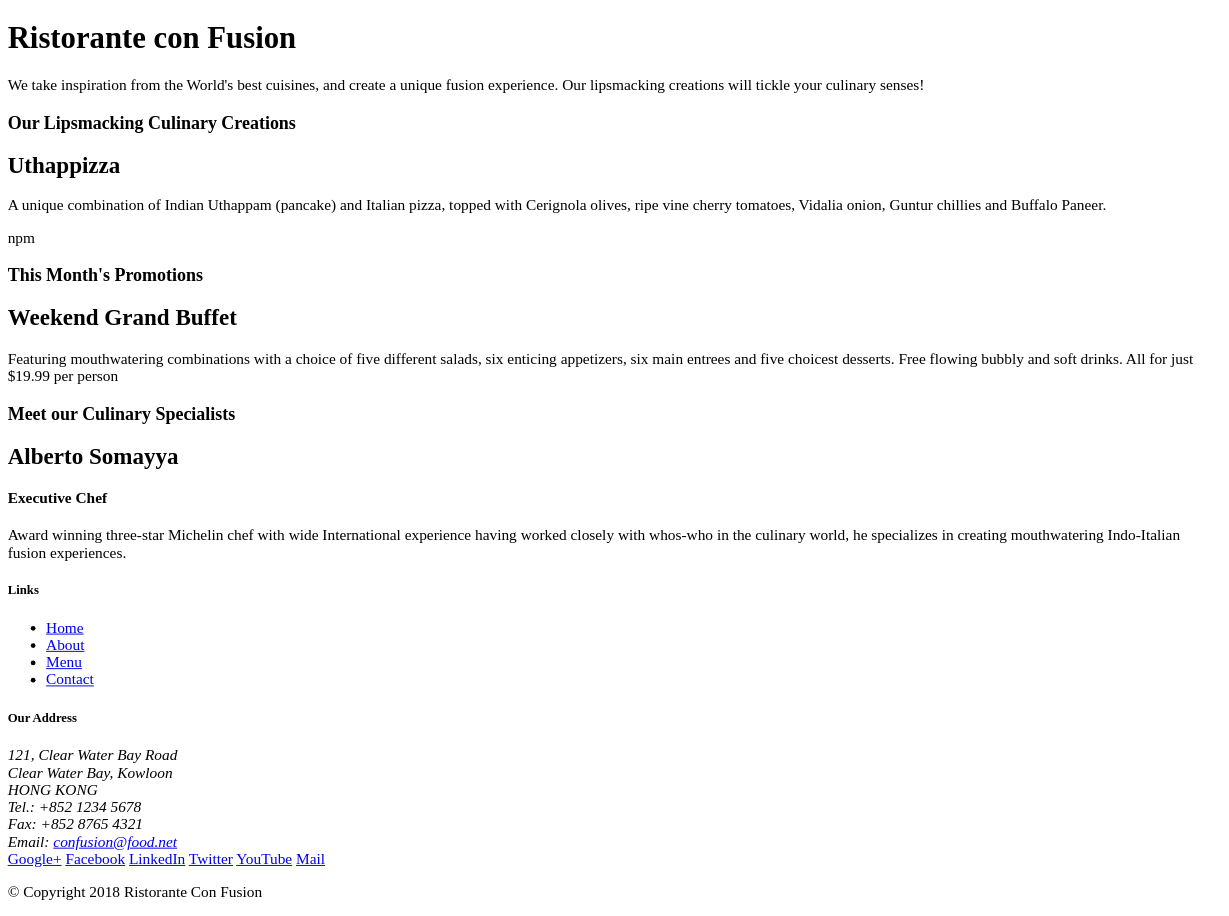
Repository: GiaBaooLe/Reactjs
Page: index.html
The author's editor kept a copy of each file at every save. The page is drawn from the files as they stood at one save, then again after the next save.
The browser window is 1280 px wide. The pictures show the whole page, at 96% of full size.
Some web libraries are served in a nearby version.

Above is the page before, as saved 2023-09-12 13:06:39.

After the next save:
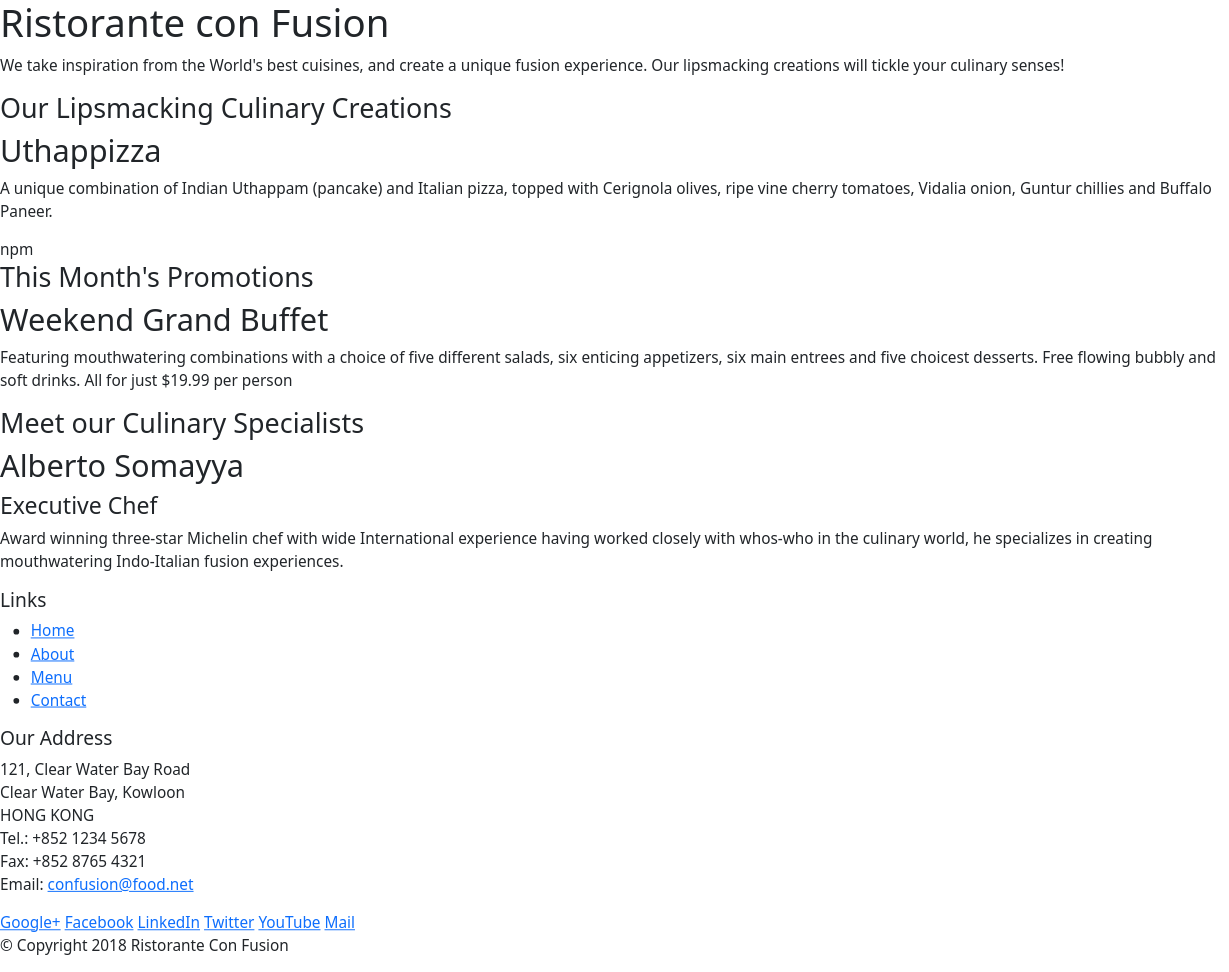
Saved 9 s later.
--- a/index.html
+++ b/index.html
@@ -1,7 +1,21 @@
 <!DOCTYPE html>
 <html lang="en">
   <head>
-
+    <!-- Required meta tags always come first -->
+    <meta charset="utf-8" />
+    <meta
+      name="viewport"
+      content="width=device-width, initial-scale=1, shrink-to-fit=no"
+    />
+    <meta http-equiv="x-ua-compatible" content="ie=edge" />
+    <!-- Bootstrap CSS -->
+    <link
+      rel="stylesheet"
+      href="node_modules/bootstrap/dist/css/bootstrap.min.css"
+    />
+    <script src="node_modules/jquery/dist/jquery.slim.min.js"></script>
+    <script src="node_modules/popper.js/dist/umd/popper.min.js"></script>
+    <script src="node_modules/bootstrap/dist/js/bootstrap.min.js"></script>
     <title>Ristorante Con Fusion</title>
   </head>
 
